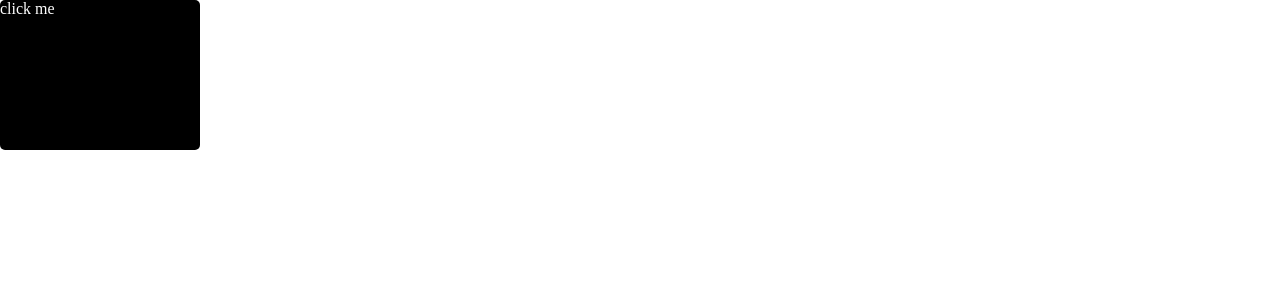
Repository: NguyenDucHung20002/project-demo2
Page: test/test2.html
The author's editor kept a copy of each file at every save. The page is drawn from the files as they stood at one save, then again after the next save.
The browser window is 1280 px wide. The pictures show the whole page.
The style sheet was rebuilt from its Sass, Less or Tailwind sources for each picture, by a compiler version that may differ from the author's.

Above is the page before, as saved 2022-05-21 14:07:43.

After the next save:
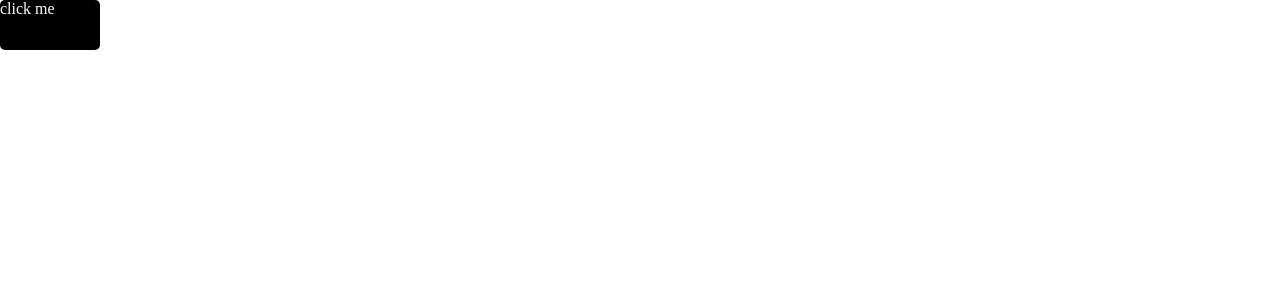
Saved 18 s later.
--- a/test/test2.scss
+++ b/test/test2.scss
@@ -1,6 +1,6 @@
 .btn{
-  width: 200px;
-  height: 150px;
+  width: 100px;
+  height: 50px;
   background-color: black;
   color: white;
   border-radius: 5px;
